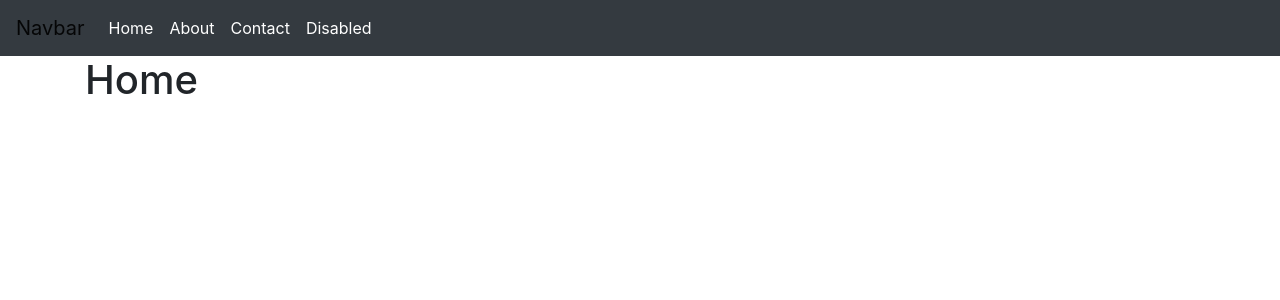
Repository: syawal2kalii/parsinta_clone_model
Page: http://localhost/home
These files come from the project's save history. The page is drawn as it stood at one moment and after a run of saves; the edit follows.
The browser window is 1280 px wide. The pictures show the whole page.
The page is served by the project's Laravel application, run on PHP 8.4 with Laravel 8.

Above is the page before, as saved 2019-12-26 15:17:01.

After the next 2 saves:
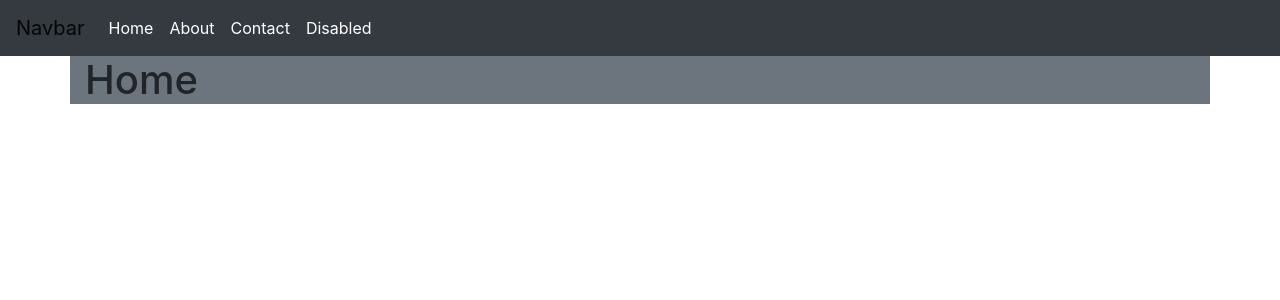
The 2 saves are shown as one change because they came seconds apart.
The last was saved 8 s later.
--- a/resources/views/home.blade.php
+++ b/resources/views/home.blade.php
@@ -3,7 +3,7 @@
     home
 @endsection
 @section('content')
-    <div class="container bg-white">
+    <div class="container bg-secondary">
         <h1>Home</h1>
     </div>
 @endsection

After the save that followed:
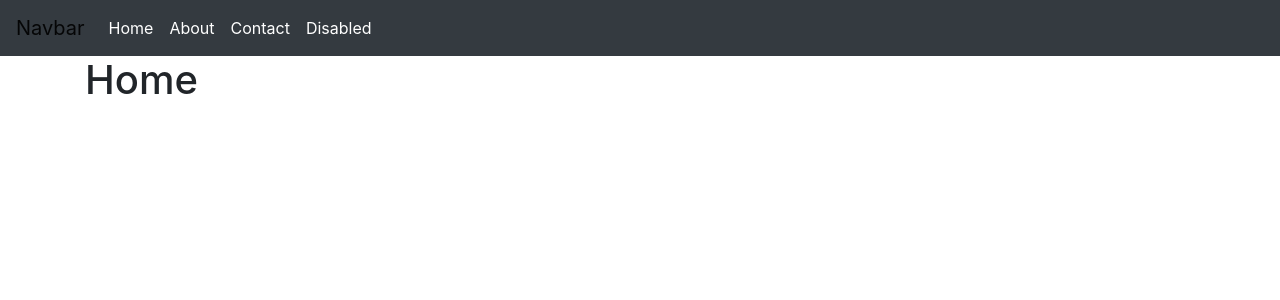
Saved 19 s later.
--- a/resources/views/home.blade.php
+++ b/resources/views/home.blade.php
@@ -3,7 +3,7 @@
     home
 @endsection
 @section('content')
-    <div class="container bg-secondary">
+    <div class="container">
         <h1>Home</h1>
     </div>
 @endsection
